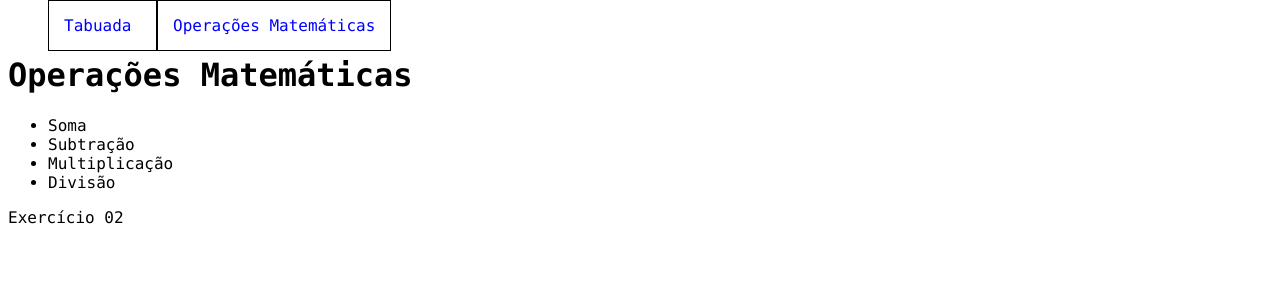
Repository: JulioCesarSF/Java
Page: http://localhost/Exercicio_02-JSPs/operacoes-matematicas.jsp
These files come from the project's save history. The page is drawn as it stood at one moment and after the next save; the edit follows.
The browser window is 1280 px wide. The pictures show the whole page.
The page is served by Tomcat 9.

Above is the page before, as saved 2016-08-17 18:50:32.

After the next save:
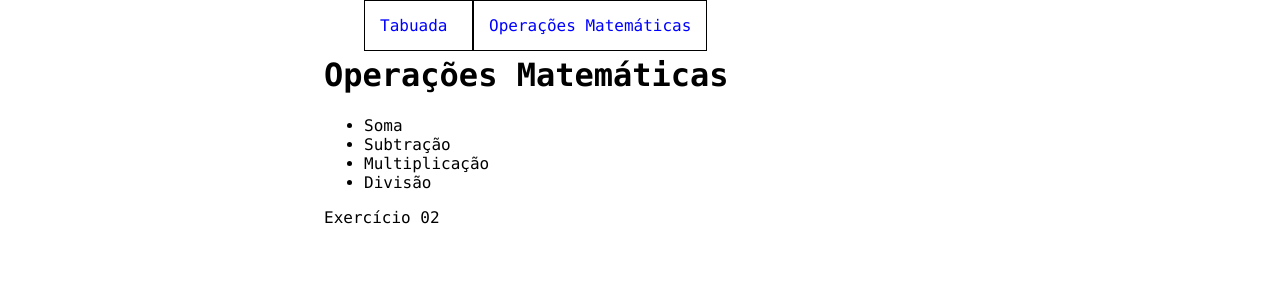
Saved 14 s later.
--- a/ProjetosFaculdade/Thiago/Exercicio_02-JSPs/WebContent/estilo.css
+++ b/ProjetosFaculdade/Thiago/Exercicio_02-JSPs/WebContent/estilo.css
@@ -28,5 +28,6 @@ ul.menu a:HOVER {
 }
 
 div.container{
+	width: 50%;
 	margin: 0 auto;
 }
